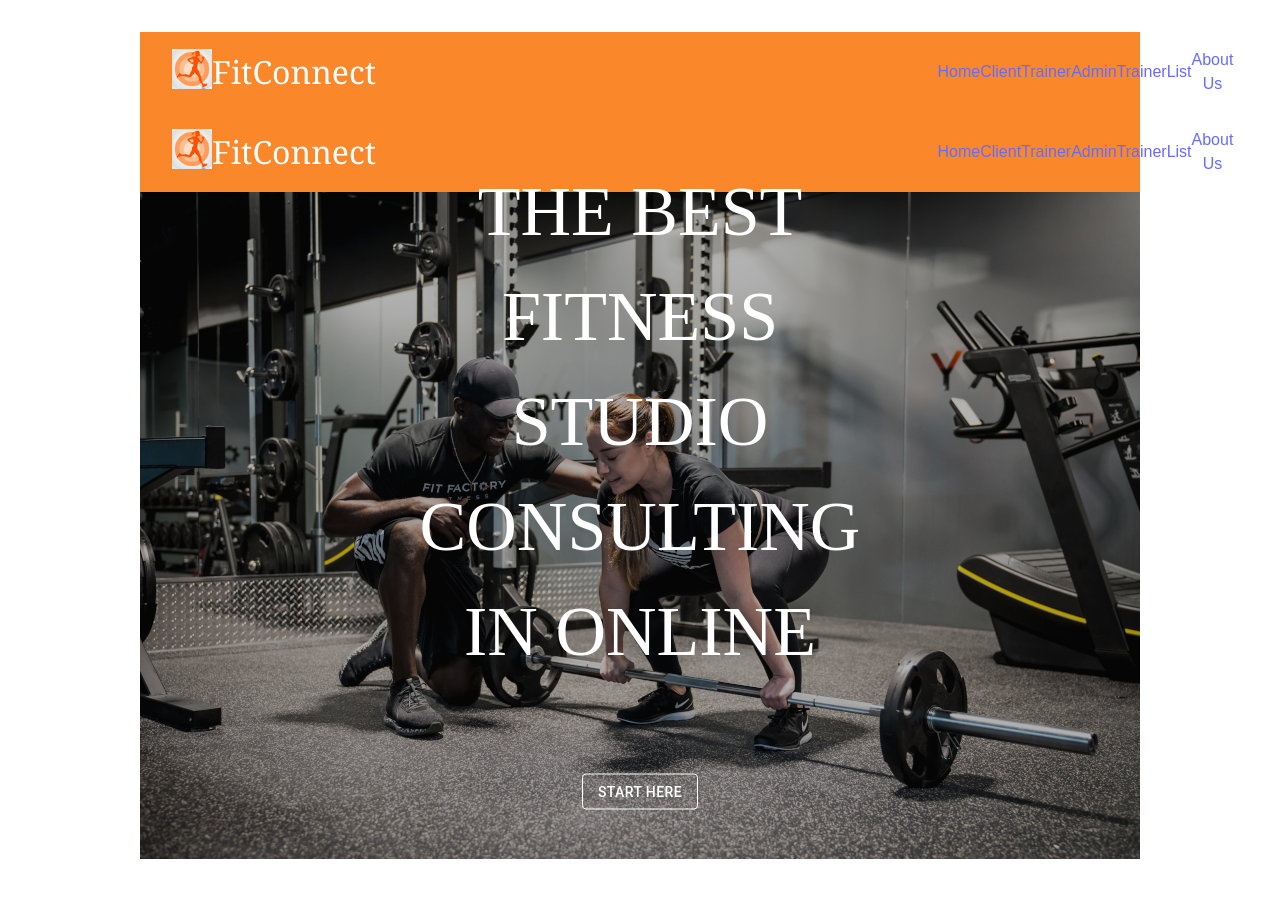
Repository: sarathraj2002/fitconnect
Page: / (app in Frontend/)
These files come from the project's save history. The page is drawn as it stood at one moment and after the next save; the edit follows.
The browser window is 1280 px wide. The pictures show the whole page.
The project was rebuilt for these pictures with package versions that can differ from the ones it lists, and the page was loaded fresh each time. Also part of the build but not shown: Frontend/vite.config.js, Frontend/src/components/ClientPage.jsx, Frontend/src/components/TrainerPage.jsx, Frontend/src/components/AdminPage.jsx, Frontend/src/components/TrainerListPage.jsx, Frontend/src/components/AboutUs.jsx.

Above is the page before, as saved 2024-11-08 22:04:04.

### Frontend/index.html
<!doctype html>
<html lang="en">
  <head>
    <meta charset="UTF-8" />
    <link rel="icon" type="image/svg+xml" href="/vite.svg" />
    <meta name="viewport" content="width=device-width, initial-scale=1.0" />
    <title>FitConnect</title>
  </head>
  <body>
    <div id="root"></div>
    <script type="module" src="/src/main.jsx"></script>
  </body>
</html>

### Frontend/src/App.jsx
import React from 'react';
import { useState } from 'react'
import './App.css'
import { Route, Routes } from 'react-router-dom';
import NavBar from './components/NavBar';
import ClientPage from './components/ClientPage';
import TrainerPage from './components/TrainerPage';
import AdminPage from './components/AdminPage';
import TrainerListPage from './components/TrainerListPage';
import AboutUs from './components/AboutUs.jsx';
import Home from './components/Home.jsx';

function App() {
  const [count, setCount] = useState(0)

  return (
    <>


      <NavBar />
      <Routes>
        <Route path="/" element={<Home />}></Route>
        <Route path="/client" element={<ClientPage />}></Route>
        <Route path="/trainer" element={<TrainerPage />} ></Route>
        <Route path="/admin" element={<AdminPage />}></Route>
        <Route path="/trainerlist" element={<TrainerListPage />}></Route>
        <Route path="/about" element={<AboutUs />}></Route>
      </Routes>



    </>
  )
}

export default App

### Frontend/src/components/Navbar.jsx
import React from 'react';
import { Link } from 'react-router-dom';
import './navbar.css';
import { assets } from '../assets/assets';
const Navbar = () => {
  return (
     <nav className="navbar">
    {/* Logo */}
    <div className="navbar-logo">
      <img src={assets.logo} alt="Logo" />
    </div>
    <div className='head'>
      FitConnect
    </div>


        <Link to="/">Home</Link>
        <Link to="/client">Client</Link>
        <Link to="/trainer">Trainer</Link>
        <Link to="/admin">Admin</Link>
        <Link to="/trainerlist">TrainerList</Link>
        <Link to="/about">About Us</Link>

    </nav>
  );
};

export default Navbar;

### Frontend/src/components/Home.jsx
import React from 'react'
import { assets } from '../assets/assets'

import Button from '@mui/material/Button';
import NavBar from './Navbar';
import { Stack } from '@mui/material';
const Home = () => {
  return (

    <>
    <NavBar/>
    <div className='img' style={{ position: 'relative', textAlign: 'center' }}>

    <img
      style={{  width: '100%',filter: 'brightness(70%)' }}
      src={assets.head1}
      alt=""
    />
    <p
      style={{
        position: 'absolute',
        top: '50%',
        left: '50%',
        transform: 'translate(-50%, -50%)',
        color: 'white',
        fontSize: '70px',

        fontFamily:'fantasy'
      }}
    >
      THE BEST FITNESS STUDIO CONSULTING IN ONLINE
      <Stack spacing={2} direction="row" alignItems="center"
      justifyContent="center"
      style={{ height: '30vh' }} >

      <Button variant="outlined" sx={{ color: 'white', borderColor: 'white' }}>START HERE</Button>
    </Stack>

    </p>




    </div>

    </>
  )
}

export default Home;

### Frontend/src/components/Navbar.css
.head{
    font-size:xx-large;
    margin-right: 60%;
    font-family:Georgia, 'Times New Roman', Times, serif;

}
* {
    margin: 0;
    padding: 0;
    box-sizing: border-box;
  }

  body {
    font-family: Arial, sans-serif;
  }

  .navbar {
    display: flex;
    align-items: center;
    justify-content: space-between;
    background-color: #fa8729;
    padding: 1rem 2rem ;
    color: white;
    position: relative;
  }

  .navbar-logo img {
    height: 40px; /* Adjust height as needed */
    width: auto;
  }

  .navbar-links {
    list-style: none;
    display: flex;
    gap: 1.5rem;
  }

  .navbar-links li {
    cursor: pointer;
    color: white;
    font-size: 1rem;
    transition: color 0.3s ease;
  }

  .navbar-links li:hover {
    color: #ec7819;
  }

  .navbar-button {
    padding: 0.5rem 1.5rem;
    border: none;
    background-color: #fa8729;
    color: white;
    border-radius: 5px;
    cursor: pointer;
    transition: background-color 0.3s ease;
  }

  .navbar-button:hover {
    background-color: #e76f51;
  }

  /* Hamburger Icon for Mobile */
  .navbar-toggle {
    display: none;
    font-size: 1.5rem;
    color: white;
    cursor: pointer;
  }

  /* Mobile Responsive */
  @media (max-width: 768px) {
    .navbar-links {
      display: none; /* Hide navbar links initially */
      position: absolute;
      top: 60px;
      right: 20px;
      background-color: #333;
      flex-direction: column;
      padding: 1rem;
      gap: 1rem;
      border-radius: 5px;
    }

    .navbar-links.open {
      display: flex; /* Show links when menu is open */
    }

    .navbar-toggle {
      display: block; /* Show hamburger icon on mobile */
    }
  }

### Frontend/src/assets/assets.js
import logo from './logo.png';
import head1 from './head1.png'

export const assets={
    logo,
    head1
};

Loaded but not shown: Frontend/src/main.jsx (common file); Frontend/src/index.css (common file); Frontend/src/App.css (common file)

After the next save:
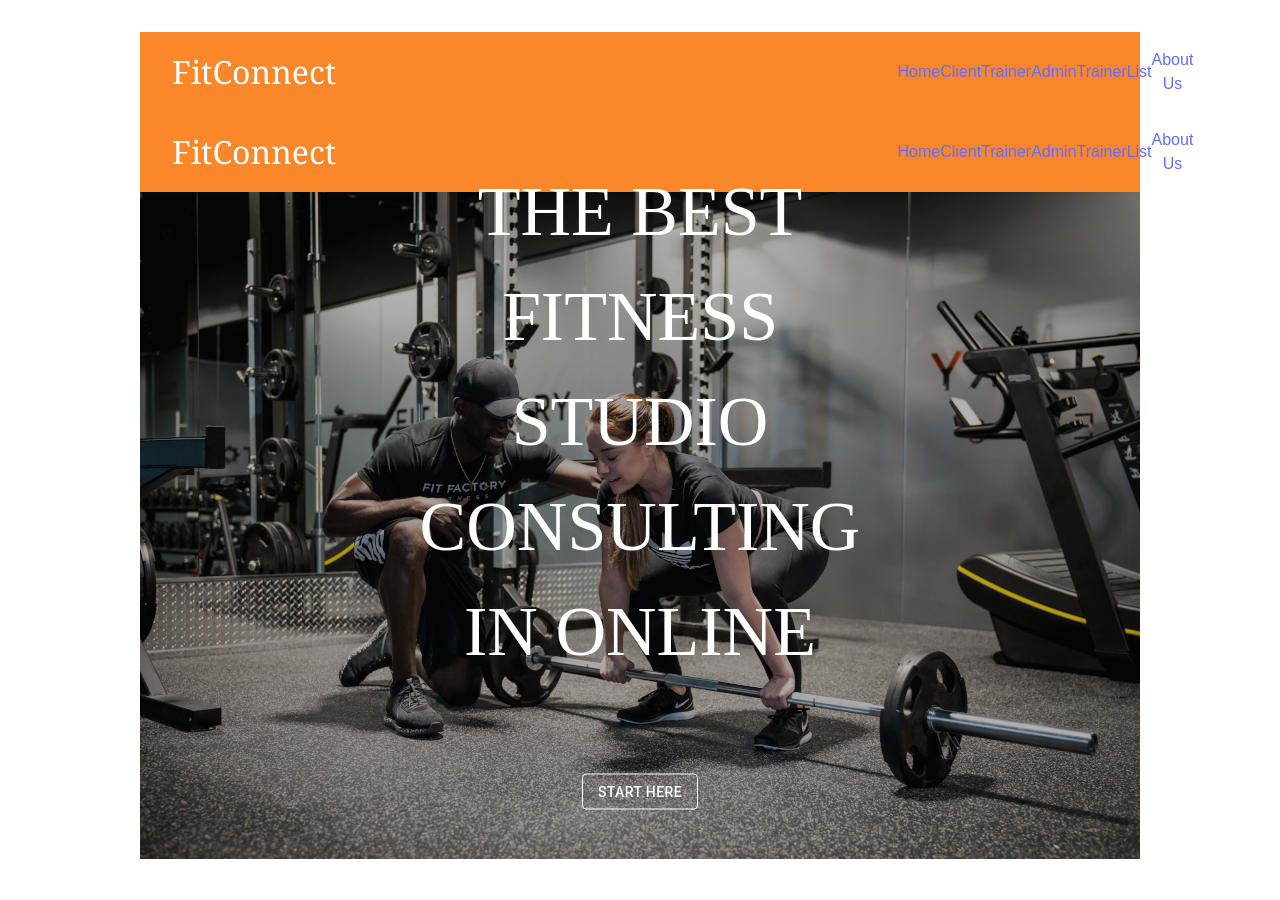
Saved 70 s later.
--- a/Frontend/src/components/Navbar.jsx
+++ b/Frontend/src/components/Navbar.jsx
@@ -6,9 +6,9 @@
   return (
      <nav className="navbar">
     {/* Logo */}
-    <div className="navbar-logo">
+    {/* <div className="navbar-logo">
       <img src={assets.logo} alt="Logo" />
-    </div>
+    </div>  */}
     <div className='head'>
       FitConnect
     </div>

After the save that followed:
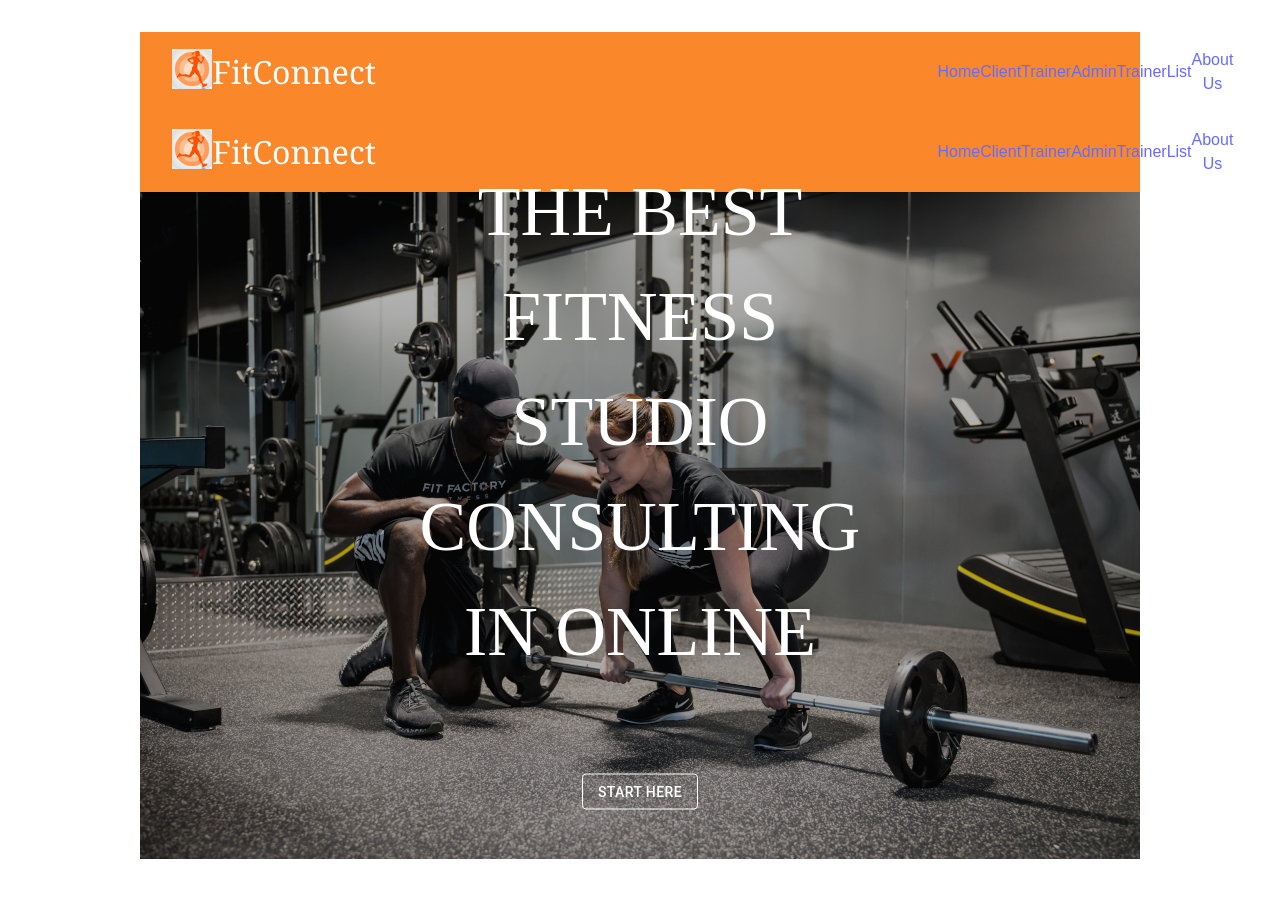
Saved 5 s later.
--- a/Frontend/src/components/Navbar.jsx
+++ b/Frontend/src/components/Navbar.jsx
@@ -6,9 +6,9 @@
   return (
      <nav className="navbar">
     {/* Logo */}
-    {/* <div className="navbar-logo">
+    <div className="navbar-logo">
       <img src={assets.logo} alt="Logo" />
-    </div>  */}
+    </div>
     <div className='head'>
       FitConnect
     </div>
